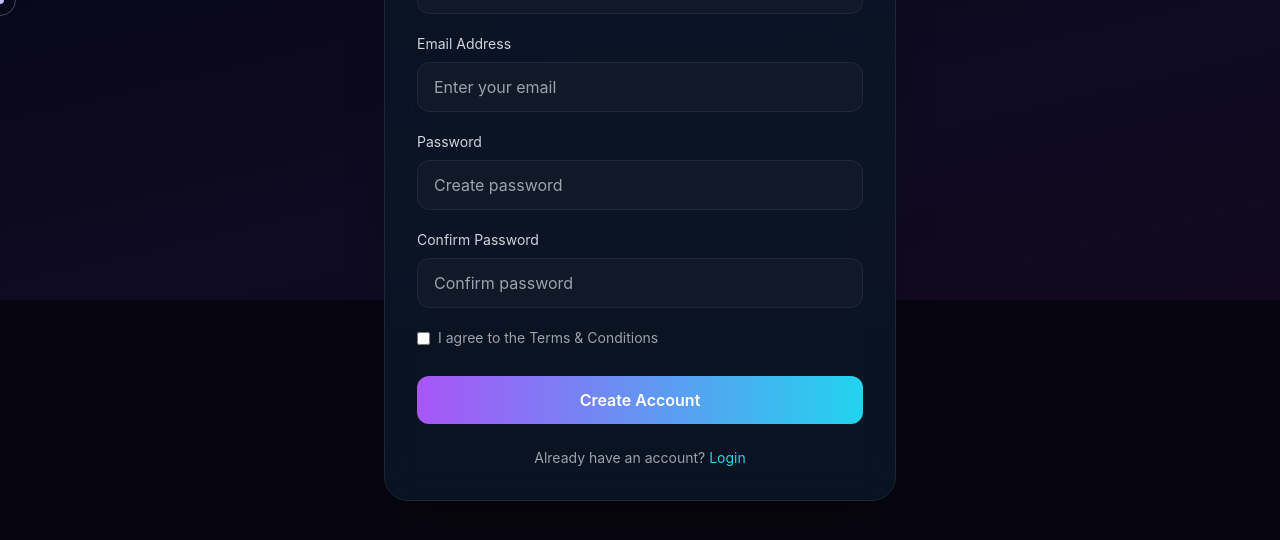
Repository: AMIREDDYRAKEY/chill-zone-
Page: /register
An editor plug-in stored every save of this project. The page is shown before and after the next save, followed by the edit.
The browser window is 1280 px wide. The pictures show the whole page.
The project was rebuilt for these pictures with package versions that can differ from the ones it lists, and the page was loaded fresh each time. Also part of the build but not shown: vite.config.js, src/components/Login.jsx, src/components/Navbar.jsx, src/components/Hero.jsx, src/components/Marquee.jsx, src/components/TabsMenu.jsx, src/components/Ourspecialites.jsx, src/components/Aboutus.jsx and 3 more.

Above is the page before, as saved 2026-05-07 14:35:59.

### index.html
<!doctype html>
<html lang="en">
  <head>
    <meta charset="UTF-8" />
    <link rel="icon" type="image/svg+xml" href="/favicon.svg" />
    <meta name="viewport" content="width=device-width, initial-scale=1.0" />
    <title>chill-zone</title>
  </head>
  <body class="">
    <div id="root"></div>
    <script type="module" src="/src/main.jsx"></script>
  </body>
</html>

### src/main.jsx
import { StrictMode } from 'react'
import { createRoot } from 'react-dom/client'
import './index.css'
import App from './App.jsx'
import { BrowserRouter } from 'react-router-dom';
// ── Custom Cursor ────────────────────────────────────────────────────
const dot  = document.createElement('div');
const ring = document.createElement('div');
dot.id  = 'custom-cursor';
ring.id = 'custom-cursor-ring';
document.body.appendChild(dot);
document.body.appendChild(ring);

let ringX = 0, ringY = 0;
let dotX  = 0, dotY  = 0;

document.addEventListener('mousemove', (e) => {
  dotX = e.clientX;
  dotY = e.clientY;
  dot.style.left = dotX + 'px';
  dot.style.top  = dotY + 'px';
});

// Smooth ring follow
const animateRing = () => {
  ringX += (dotX - ringX) * 0.12;
  ringY += (dotY - ringY) * 0.12;
  ring.style.left = ringX + 'px';
  ring.style.top  = ringY + 'px';
  requestAnimationFrame(animateRing);
};
animateRing();

// Hover effect on interactive elements
document.addEventListener('mouseover', (e) => {
  if (e.target.matches('a, button, [data-hover]')) {
    ring.classList.add('hovered');
    dot.style.opacity = '0.5';
  }
});
document.addEventListener('mouseout', (e) => {
  if (e.target.matches('a, button, [data-hover]')) {
    ring.classList.remove('hovered');
    dot.style.opacity = '1';
  }
});
// ────────────────────────────────────────────────────────────────────

createRoot(document.getElementById('root')).render(
  <StrictMode>
     <BrowserRouter>
    <App />
  </BrowserRouter>
  </StrictMode>,
)

### src/index.css
@tailwind base;
@tailwind components;
@tailwind utilities;

/* ── FONTS ────────────────────────────────────────────────────────── */
@import url('https://fonts.googleapis.com/css2?family=Inter:wght@300;400;500;600;700;800;900&family=Playfair+Display:ital,wght@0,700;1,700&display=swap');

/* ── BASE ─────────────────────────────────────────────────────────── */
*, *::before, *::after {
  box-sizing: border-box;
  cursor: none !important;
}

body {
  font-family: 'Inter', sans-serif;
  background: #07050f;
  color: #fff;
  overflow-x: hidden;
}

/* ── CUSTOM CURSOR ────────────────────────────────────────────────── */
#custom-cursor {
  position: fixed;
  top: 0; left: 0;
  width: 8px; height: 8px;
  background: #c8b8ff;
  border-radius: 50%;
  pointer-events: none;
  z-index: 99999;
  transform: translate(-50%, -50%);
  transition: transform 0.08s ease;

}

#custom-cursor-ring {
  position: fixed;
  top: 0; left: 0;
  width: 32px; height: 32px;
  border: 1.5px solid rgba(180, 184, 255, 0.35);
  border-radius: 50%;
  pointer-events: none;
  z-index: 99998;
  transform: translate(-50%, -50%);
}

#custom-cursor-ring.hovered {
  width: 48px; height: 48px;
  border-color: rgba(40, 184, 255, 0.6);
  transition: width 0.2s ease, height 0.2s ease, border-color 0.2s ease;
}

/* ── FLOAT WIND — very subtle ─────────────────────────────────────── */
@keyframes floatWind {
  0%   { transform: translateY(-80px) translateX(0) rotate(0deg);   opacity: 0;    }
  8%   {                                                              opacity: 0.12; }
  50%  { transform: translateY(48vh)  translateX(20px) rotate(160deg); opacity: 0.14; }
  100% { transform: translateY(108vh) translateX(-20px) rotate(320deg); opacity: 0;  }
}

/* ── ENTRANCE ANIMATIONS ──────────────────────────────────────────── */
@keyframes fadeUp {
  from { opacity: 0; transform: translateY(24px); }
  to   { opacity: 1; transform: translateY(0);     }
}

@keyframes fadeIn {
  from { opacity: 0; }
  to   { opacity: 1; }
}

@keyframes shimmer {
  0%   { background-position: -10% center; }
  100% { background-position:  200% center; }
}

@keyframes softPulse {
  0%, 100% { opacity: 0.85; }
  50%       { opacity: 1;    }
}

/* Utility classes */
.anim-fade-up   { animation: fadeUp 0.7s cubic-bezier(.22,.68,0,1.2) forwards; }
.anim-fade-up-1 { opacity:0; animation: fadeUp 0.7s cubic-bezier(.22,.68,0,1.2) 0.15s forwards; }
.anim-fade-up-2 { opacity:0; animation: fadeUp 0.7s cubic-bezier(.22,.68,0,1.2) 0.30s forwards; }
.anim-fade-up-3 { opacity:0; animation: fadeUp 0.7s cubic-bezier(.22,.68,0,1.2) 0.45s forwards; }
.anim-fade-up-4 { opacity:0; animation: fadeUp 0.7s cubic-bezier(.22,.68,0,1.2) 0.60s forwards; }

.text-shimmer {
  background: linear-gradient(
    90deg,
    #2f0dec 0%,
    #ce089c 30%,
    #dd87ec 50%,
    #846dd3 70%,
    #d82a8f 100%
  );
  background-size: 250% auto;
  -webkit-background-clip: text;
  -webkit-text-fill-color: transparent;
  background-clip: text;
  animation: shimmer 10s linear infinite;
}

/* .marquee-section {
  padding: 24px 0;
  overflow: hidden;
  border-top: 1px solid rgba(255,255,255,0.08);
  border-bottom: 1px solid rgba(255,255,255,0.08);
  background: rgba(6,182,212,0.03);
} */

.marquee-track {
  display: flex;
  gap: 48px;
  width: max-content;
  animation: scroll 25s linear infinite;
}

.marquee-item {
  display: flex;
  align-items: center;
  gap: 10px;
  white-space: nowrap;
  font-size: 15px;
  color: #94a3b8;
}

.marquee-dot {
  color: #06b6d4;
  font-size: 18px;
}

@keyframes scroll {
  0% { transform: translateX(0); }
  100% { transform: translateX(-50%); }
}


@keyframes marquee {
  0% {
    transform: translateX(0%);
  }
  100% {
    transform: translateX(-50%);
  }
}

.marquee-track {
  width: max-content;
  animation: marquee 35s linear infinite;
}
.marquee-track-reverse {
  width: max-content;
  animation: marquee 35s linear infinite reverse;
}

### src/App.jsx
import React from 'react'
import { Routes, Route } from 'react-router-dom'

import Navbar from './components/Navbar'
import Hero from './components/Hero'
import Marquee from './components/Marquee'
import Ourspecialites from './components/Ourspecialites'
import Aboutus from './components/Aboutus'
import Gallery from './components/Gallery'
import Feedback from './components/Feedback'
import Footer from './components/Footer'
import Login from './components/Login'
import Register from './components/Register'
// Home page (scroll)
const Home = () => (
  <>
    <section id="home">
      <Navbar/>
      <Hero />
      <Marquee />
    </section>

    <section id="menu" className="mt-10 pb-12">
      <Ourspecialites />
    </section>

    <section id="about" className="pb-10">
      <Aboutus />
    </section>

    <section id="gallery" className="pb-10">
      <Gallery />
    </section>

    <section id="reviews" className="pb-10">
      <Feedback />
    </section>
     <section id="cta"  >
      <Footer/>
    </section>
  </>
)

const App = () => {
  return (
    <div style={{ background: "linear-gradient(160deg, #09071a 0%, #0e0b22 60%, #120920 100%)" }}>



      <Routes>
        <Route path="/" element={<Home />} />
        <Route path="/login" element={<Login />} />
        <Route path="/register" element={<Register />} />
      </Routes>


    </div>
  )
}

export default App

### src/components/Register.jsx
// Register.jsx

import React from 'react'

const Register = () => {
  return (
    <div className="h-[300px] flex items-center justify-center  bg-gradient-to-br from-[#09071a] via-[#0e0b22] to-[#120920]">

      <div className="w-full max-w-lg bg-[#0a1727]/80 backdrop-blur-xl border border-[#1d2736] rounded-3xl p-8 shadow-2xl">

        {/* Heading */}
        <div className="text-center mb-8">
          <h1 className="text-4xl font-bold text-white">
            Join ChillZone 🍨
          </h1>

          <p className="text-[#7b8794] mt-3 text-sm">
            Create your account and enjoy sweet moments
          </p>
        </div>

        {/* Form */}
        <form className="flex flex-col gap-5">

          {/* Name */}
          <div>
            <label className="text-sm text-gray-300 mb-2 block">
              Full Name
            </label>

            <input
              type="text"
              placeholder="Enter your name"
              className="w-full px-4 py-3 rounded-xl bg-[#111827] border border-[#1f2937] text-white outline-none focus:border-purple-400 transition"
            />
          </div>

          {/* Email */}
          <div>
            <label className="text-sm text-gray-300 mb-2 block">
              Email Address
            </label>

            <input
              type="email"
              placeholder="Enter your email"
              className="w-full px-4 py-3 rounded-xl bg-[#111827] border border-[#1f2937] text-white outline-none focus:border-purple-400 transition"
            />
          </div>

          {/* Password */}
          <div>
            <label className="text-sm text-gray-300 mb-2 block">
              Password
            </label>

            <input
              type="password"
              placeholder="Create password"
              className="w-full px-4 py-3 rounded-xl bg-[#111827] border border-[#1f2937] text-white outline-none focus:border-purple-400 transition"
            />
          </div>

          {/* Confirm */}
          <div>
            <label className="text-sm text-gray-300 mb-2 block">
              Confirm Password
            </label>

            <input
              type="password"
              placeholder="Confirm password"
              className="w-full px-4 py-3 rounded-xl bg-[#111827] border border-[#1f2937] text-white outline-none focus:border-purple-400 transition"
            />
          </div>

          {/* Terms */}
          <label className="flex items-center gap-2 text-sm text-gray-400">
            <input type="checkbox" />
            I agree to the Terms & Conditions
          </label>

          {/* Button */}
          <button
            type="submit"
            className="mt-2 py-3 rounded-xl bg-gradient-to-r from-purple-500 to-cyan-400 text-white font-semibold hover:scale-[1.02] transition-all duration-300"
          >
            Create Account
          </button>

        </form>

        {/* Bottom */}
        <p className="text-center text-sm text-gray-400 mt-6">
          Already have an account?
          <span className="text-cyan-400 cursor-pointer hover:underline ml-1">
            Login
          </span>
        </p>

      </div>

    </div>
  )
}

export default Register

### tailwind.config.js
/** @type {import('tailwindcss').Config} */
module.exports = {
  content: [
    "./index.html",
    "./src/**/*.{js,jsx,ts,tsx}",
  ],
  theme: {
    extend: {
      keyframes: {
        floatWind: {
          "0%": {
            transform: "translateY(100vh) translateX(0px) rotate(0deg)",
            opacity: "0",
          },
          "10%": { opacity: "0.4" },
          "50%": {
            transform: "translateY(50vh) translateX(40px) rotate(180deg)",
          },
          "100%": {
            transform: "translateY(-120px) translateX(-40px) rotate(360deg)",
            opacity: "0",
          },
        },
      },
      animation: {
        floatWind: "floatWind 15s linear infinite",
      },
    },
  },
  plugins: [],
};

After the next save:
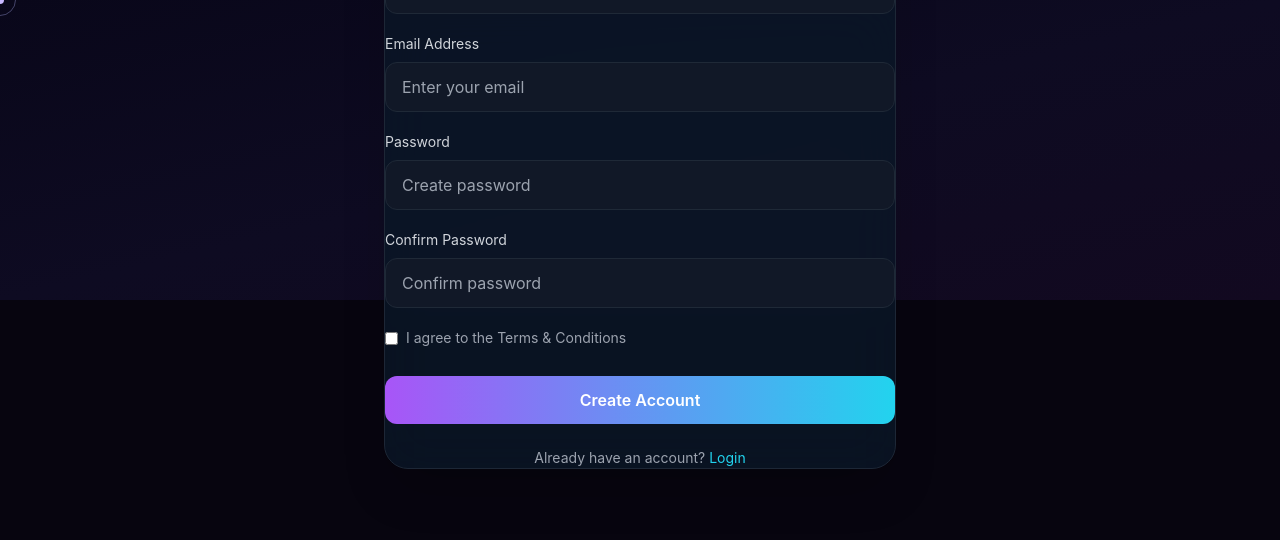
Saved 15 s later.
--- a/src/components/Register.jsx
+++ b/src/components/Register.jsx
@@ -6,7 +6,7 @@ const Register = () => {
   return (
     <div className="h-[300px] flex items-center justify-center  bg-gradient-to-br from-[#09071a] via-[#0e0b22] to-[#120920]">
 
-      <div className="w-full max-w-lg bg-[#0a1727]/80 backdrop-blur-xl border border-[#1d2736] rounded-3xl p-8 shadow-2xl">
+      <div className="w-full max-w-lg bg-[#0a1727]/80 backdrop-blur-xl border border-[#1d2736] rounded-3xl  shadow-2xl">
 
         {/* Heading */}
         <div className="text-center mb-8">
